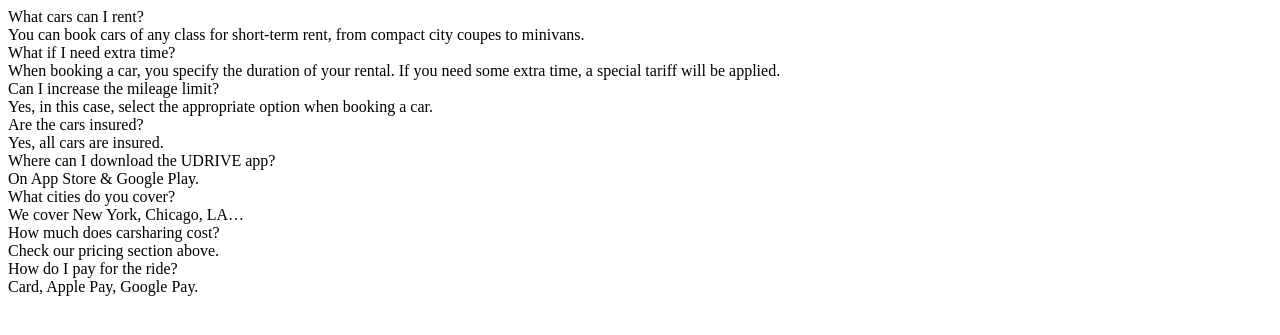
Repository: sanyathecreator/udrive-carsharing
Page: index.faq.partial.html
An editor plug-in stored every save of this project. The page is shown before and after the next save, followed by the edit.
The browser window is 1280 px wide. The pictures show the whole page.

Above is the page before, as saved 2025-09-11 01:36:45.

### index.faq.partial.html
<section class="faq">
  <div class="faq__grid">
    <div class="faq__item">
      <div class="faq__q">What cars can I rent?</div>
      <div class="faq__a">You can book cars of any class for short-term rent, from compact city coupes to minivans.</div>
    </div>

    <div class="faq__item">
      <div class="faq__q">What if I need extra time?</div>
      <div class="faq__a">When booking a car, you specify the duration of your rental. If you need some extra time, a special tariff will be applied.</div>
    </div>

    <div class="faq__item">
      <div class="faq__q">Can I increase the mileage limit?</div>
      <div class="faq__a">Yes, in this case, select the appropriate option when booking a car.</div>
    </div>

    <div class="faq__item">
      <div class="faq__q">Are the cars insured?</div>
      <div class="faq__a">Yes, all cars are insured.</div>
    </div>

    <div class="faq__item">
      <div class="faq__q">Where can I download the UDRIVE app?</div>
      <div class="faq__a">On App Store & Google Play.</div>
    </div>

    <div class="faq__item">
      <div class="faq__q">What cities do you cover?</div>
      <div class="faq__a">We cover New York, Chicago, LA…</div>
    </div>

    <div class="faq__item">
      <div class="faq__q">How much does carsharing cost?</div>
      <div class="faq__a">Check our pricing section above.</div>
    </div>

    <div class="faq__item">
      <div class="faq__q">How do I pay for the ride?</div>
      <div class="faq__a">Card, Apple Pay, Google Pay.</div>
    </div>
  </div>
</section>

After the next save:
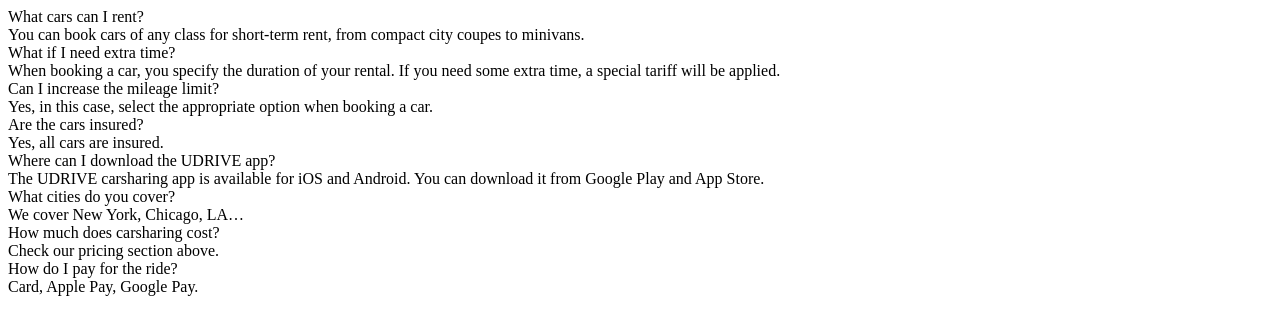
Saved 18 s later.
--- a/index.faq.partial.html
+++ b/index.faq.partial.html
@@ -22,7 +22,7 @@
 
     <div class="faq__item">
       <div class="faq__q">Where can I download the UDRIVE app?</div>
-      <div class="faq__a">On App Store & Google Play.</div>
+      <div class="faq__a">The UDRIVE carsharing app is available for iOS and Android. You can download it from Google Play and App Store.</div>
     </div>
 
     <div class="faq__item">
